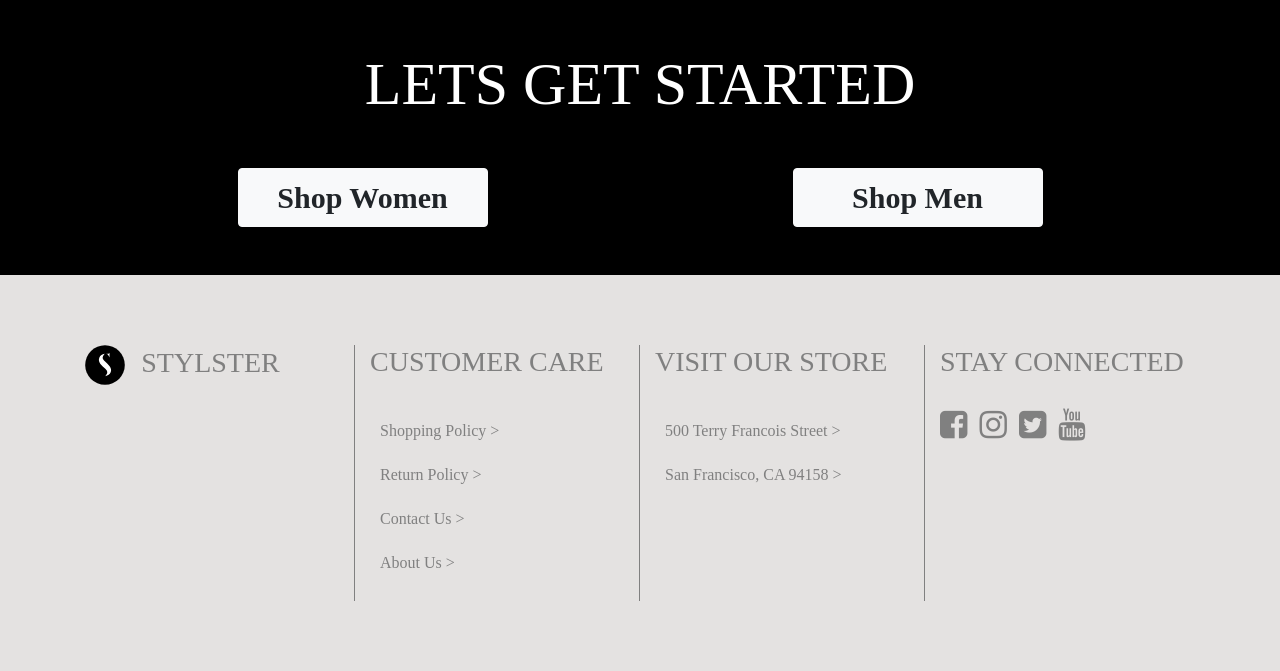
Repository: Lovekr/stylester
Page: stylster_frontend_design/about.html
These files come from the project's save history. The page is drawn as it stood at one moment and after the next save; the edit follows.
The browser window is 1280 px wide. The pictures show the part of the page from y = 3179 to 3850 px (the page is 3850 px tall).
Some web fonts or font styles are not loaded; a fallback is used.

Above is the page before, as saved 2020-02-27 10:34:51.

After the next save:
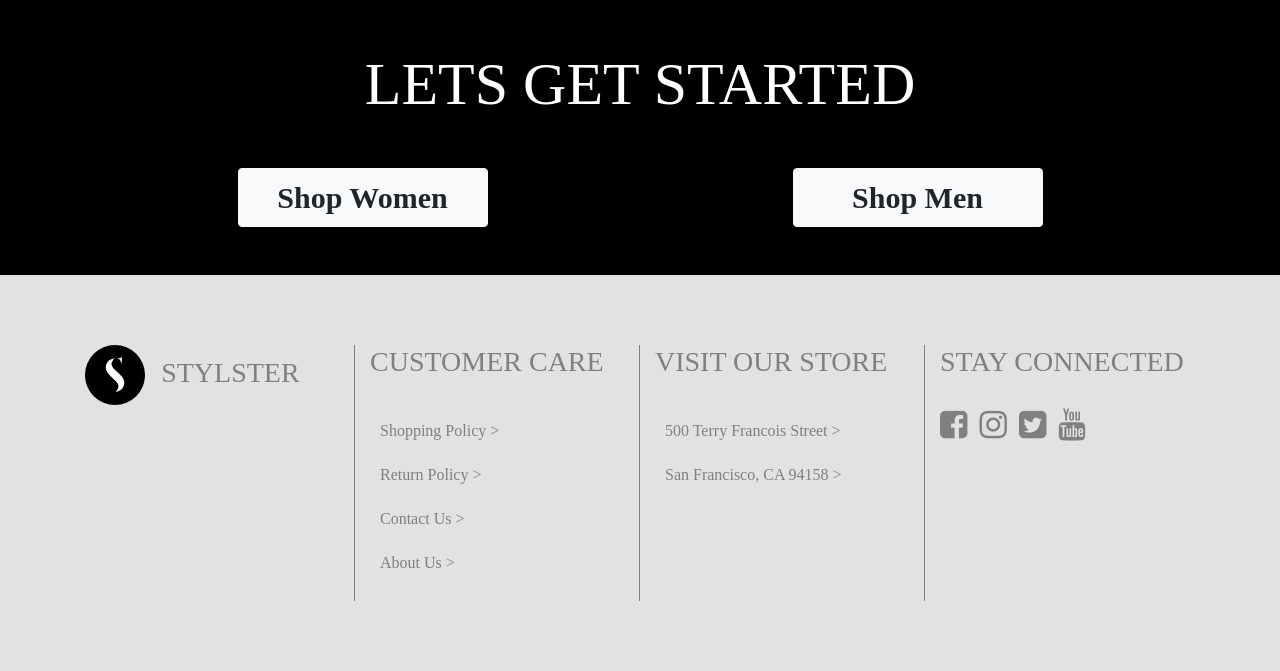
Saved 15 s later.
--- a/stylster_frontend_design/about.html
+++ b/stylster_frontend_design/about.html
@@ -173,7 +173,7 @@
 <div id="footer" class="container-fluid">
     <div class="row">
         <div class="col-xs-12 col-md-6 col-lg-3 rline">
-            <h3 class="footer-stylster"><img class="pr-3" src="./asset/stylster logo.svg">STYLSTER</h1>
+            <h3 class="footer-stylster"><img class="pr-3" src="./asset/stylster logo1-01.svg">STYLSTER</h1>
 
 
         </div>
